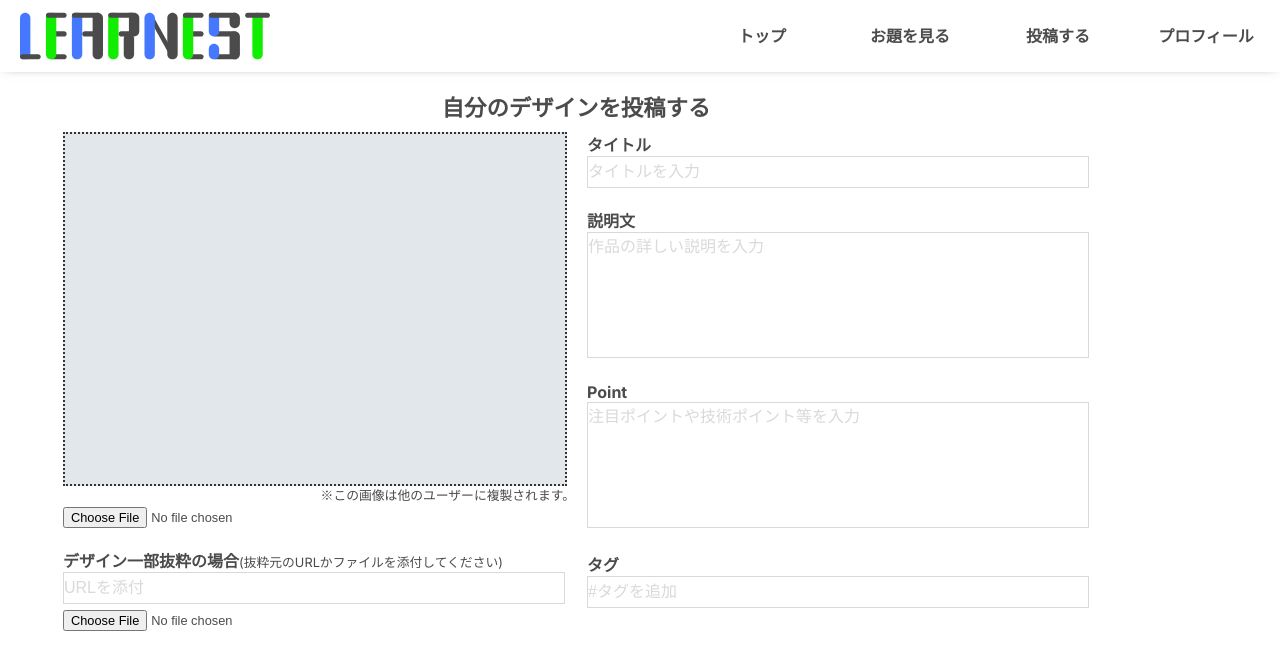
Repository: KawakamiAyaka/Learnest
Page: /inputPost
These files come from the project's save history. The page is drawn as it stood at one moment and after the next save; the edit follows.
The browser window is 1280 px wide. The pictures show the whole page.
The project was rebuilt for these pictures with package versions that can differ from the ones it lists, and the page was loaded fresh each time. The framework's server and built-in components were replaced by stand-ins that run in the browser. Also part of the build but not shown: next.config.mjs.

Above is the page before, as saved 2024-07-12 11:57:18.

### src/app/layout.tsx
import type { Metadata } from "next";
import { Inter } from "next/font/google";
import "./globals.css";
import Header from "@/Components/Header/Header";


const inter = Inter({ subsets: ["latin"] });

export const metadata: Metadata = {
  title: "learnest",
  description: "Generated by create next app",
};

export default function RootLayout({
  children,
}: Readonly<{
  children: React.ReactNode;
}>) {
  return (
    <html lang="ja">
      <body className={inter.className}>
        < Header/>
        {children}
      </body>
    </html>
  );
}

### src/app/inputPost/page.tsx
import style from "@/app/inputPost/inputPost.module.scss"

export default function inputPost() {
    return (
        <>
            <main className={style.input}>
                <h2 className={style.Title}>自分のデザインを投稿する</h2>
                <div className={style.inputWrap}>
                    <div>
                        <div className={style.inputFile}>
                            <p className={style.Notes}>※この画像は他のユーザーに複製されます。</p>
                        </div>
                        <input className={style.selectFile}type="file" />
                        <div className={style.ExcerptWrap}>
                            <h3>デザイン一部抜粋の場合<span>(抜粋元のURLかファイルを添付してください)</span></h3>
                            <input className={style.inputUrl} type="url" placeholder="URLを添付" name="URL"/>
                        </div>
                            <input className={style.selectFile} type="file" />
                    </div>
                    <div>
                        <h3>タイトル</h3>
                        <input className={style.inputTitle} type="text" placeholder="タイトルを入力" name="title"/>
                        <h3>説明文</h3>
                        <textarea className={style.explanation}  placeholder="作品の詳しい説明を入力" name="explanation"/>
                        <h3>Point</h3>
                        <textarea className={style.Point} placeholder="注目ポイントや技術ポイント等を入力"/>
                        <h3>タグ</h3>
                        <input className={style.tag} type="text" placeholder="#タグを追加"/>
                    </div>
                </div>
            </main>
        </>
    )
}

### src/app/globals.css
*{
  margin: 0;
  padding: 0;
  font-size: 16px;
  user-select: none;
  color: #4B4B4B;
  text-decoration: none;
}

### src/Components/Header/Header.tsx
// 'use client';
import Image from 'next/image'
import style from "@/Components/Header/Header.module.scss"
import Link from 'next/link';

export default function Header(){
    return(
        <>
            <header style={{
                        background:'white',
                        boxShadow:'0px 0px 10px -5px #777777',
                        width:'100%',
                        height:'10vh',
                        position:'fixed',
                        zIndex:'1000',
                        top:'0',
                        display:'flex',
                        alignItems:'center',
                        justifyContent:'space-between'
                    }}>
                <Image
                style={{marginLeft:'20px'}}
                src="LearnestLogo.svg"
                width={250}
                height={96}
                alt="larnestのロゴ"
                />
                <nav>
                    <ul style={{
                            display:'flex',
                            listStyleType:'none'
                        }}>
                        <li style={{
                                margin:'0 10px',
                                width:'8rem',
                                height:'2.5rem',
                                textAlign:'center',
                                lineHeight:'2.5rem'
                            }}>
                            <Link href="/"
                                style={{
                                    position:'relative',
                                    textDecoration:'none',
                                    fontWeight:'bold'
                                }}
                                className={style.Link}>トップ</Link>
                        </li>
                        <li style={{
                                margin:'0 10px',
                                width:'8rem',
                                height:'2.5rem',
                                textAlign:'center',
                                lineHeight:'2.5rem'
                            }}>
                            <Link href="/themaPost"
                                style={{
                                    position:'relative',
                                    textDecoration:'none',
                                    fontWeight:'bold'
                                }}
                                className={style.Link}>お題を見る</Link>
                        </li>
                        <li style={{
                                margin:'0 10px',
                                width:'8rem',
                                height:'2.5rem',
                                textAlign:'center',
                                lineHeight:'2.5rem'
                            }}>
                            <Link href="/inputPost"
                                style={{
                                    position:'relative',
                                    textDecoration:'none',
                                    fontWeight:'bold'
                                }}
                                className={style.Link}>投稿する</Link>
                        </li>
                        <li style={{
                                margin:'0 10px',
                                width:'8rem',
                                height:'2.5rem',
                                textAlign:'center',
                                lineHeight:'2.5rem'
                            }}>
                            <Link href="/profile"
                                style={{
                                    position:'relative',
                                    textDecoration:'none',
                                    fontWeight:'bold'
                                }}
                                className={style.Link}>プロフィール</Link>
                        </li>
                    </ul>
                </nav>
            </header>
        </>
    )
}

### src/app/inputPost/inputPost.module.scss
.input{
    margin-top: 90px;
    width: 90%;
    display: flex;
    flex-flow: column;
    justify-content: center;
    align-items: center;

    .Title{
        font-size: 1.4rem;
        margin-bottom: 10px;
    }

    .inputWrap{
        display: flex;
        gap: 20px;

        .inputFile{
            background: #E2E7EC;
            width: 500px;
            height: 350px;
            border: dotted 2px #333;
            position: relative;
            margin-bottom: 20px;

            .Notes{
                position: absolute;
                bottom: -20px;
                right: -10px;
                font-size: 0.8rem;
            }
        }

        .selectFile{
            font-size: 0.8rem;
        }

        .ExcerptWrap{
            margin: 20px 0 5px 0;
            h3{
                span{
                    font-size: 0.8rem;
                    font-weight: normal;
                }
            }
            .inputUrl{
                width: 500px;
                height: 30px;
                border: #d9d9d9 1px solid;
                font-weight: normal;

            }
            .inputUrl::placeholder {
                color: #d9d9d9;
            }

            .inputUrl:focus::placeholder {
                color: transparent;
            }
        }
        .inputTitle{
            width: 500px;
            height: 30px;
            margin-bottom: 20px;
            border: #d9d9d9 1px solid;
            font-weight: normal;

        }
        .inputTitle::placeholder {
            color: #d9d9d9;
        }

        .inputTitle:focus::placeholder {
            color: transparent;
        }

        .explanation{
            width: 500px;
            height: 124px;
            margin-bottom: 20px;
            border: #d9d9d9 1px solid;

        }
        .explanation::placeholder {
            color: #d9d9d9;
        }

        .explanation:focus::placeholder {
            color: transparent;
        }

        .Point{
            width: 500px;
            height: 124px;
            margin-bottom: 20px;
            border: #d9d9d9 1px solid;

        }
        .Point::placeholder {
            color: #d9d9d9;
        }

        .Point:focus::placeholder {
            color: transparent;
        }

        textarea{
            resize: none;
        }

        .tag{
            width: 500px;
            height: 30px;
            margin-bottom: 20px;
            border: #d9d9d9 1px solid;

        }
        .tag::placeholder {
            color: #d9d9d9;
        }

        .tag:focus::placeholder {
            color: transparent;
        }
    }
}

### src/Components/Header/Header.module.scss

.Link{
    &::after{
        position: absolute;
        bottom: -5px;
        left: 0;
        content: "";
        width: 100%;
        height: 3px;
        background: #6084E7;
        // border-radius: 50vh;
        transform: scaleX(0);
        transform-origin: center top;
        transition: transform 0.3s;
    }

    &:hover::after{
        transform: scaleX(1);
        transform-origin: center top;
    }
}

After the next save:
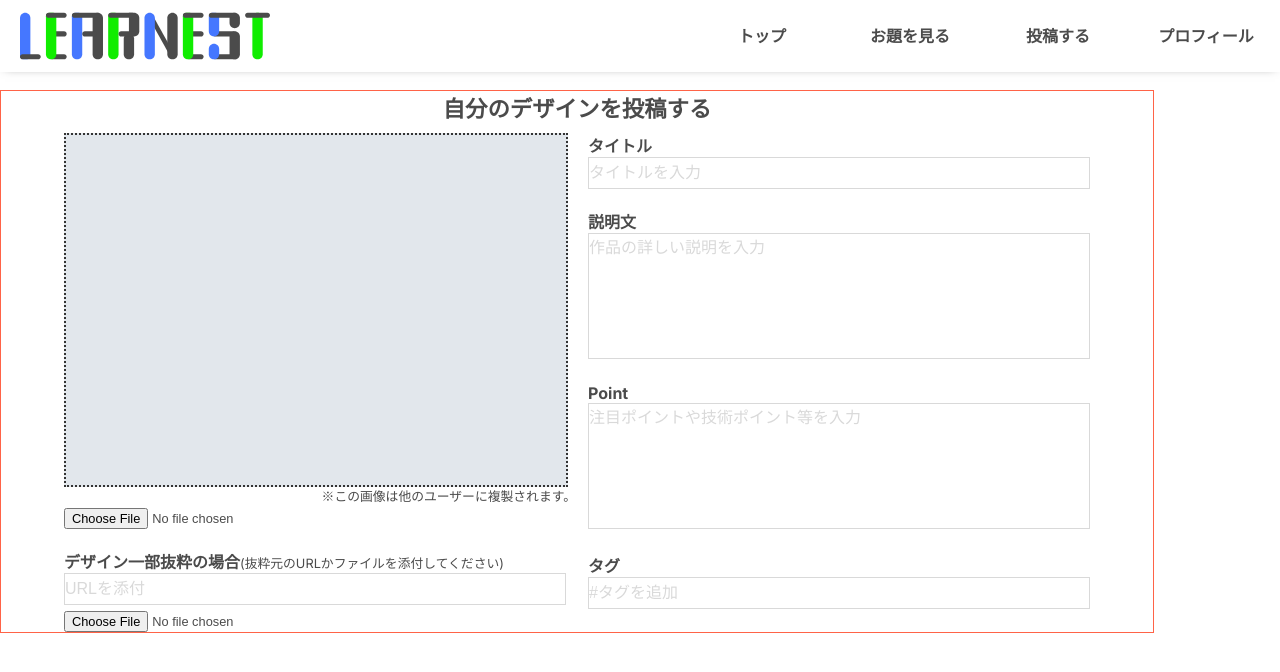
Saved 27 s later.
--- a/src/app/inputPost/inputPost.module.scss
+++ b/src/app/inputPost/inputPost.module.scss
@@ -1,6 +1,7 @@
 .input{
     margin-top: 90px;
     width: 90%;
+    border: 1px tomato solid;
     display: flex;
     flex-flow: column;
     justify-content: center;
